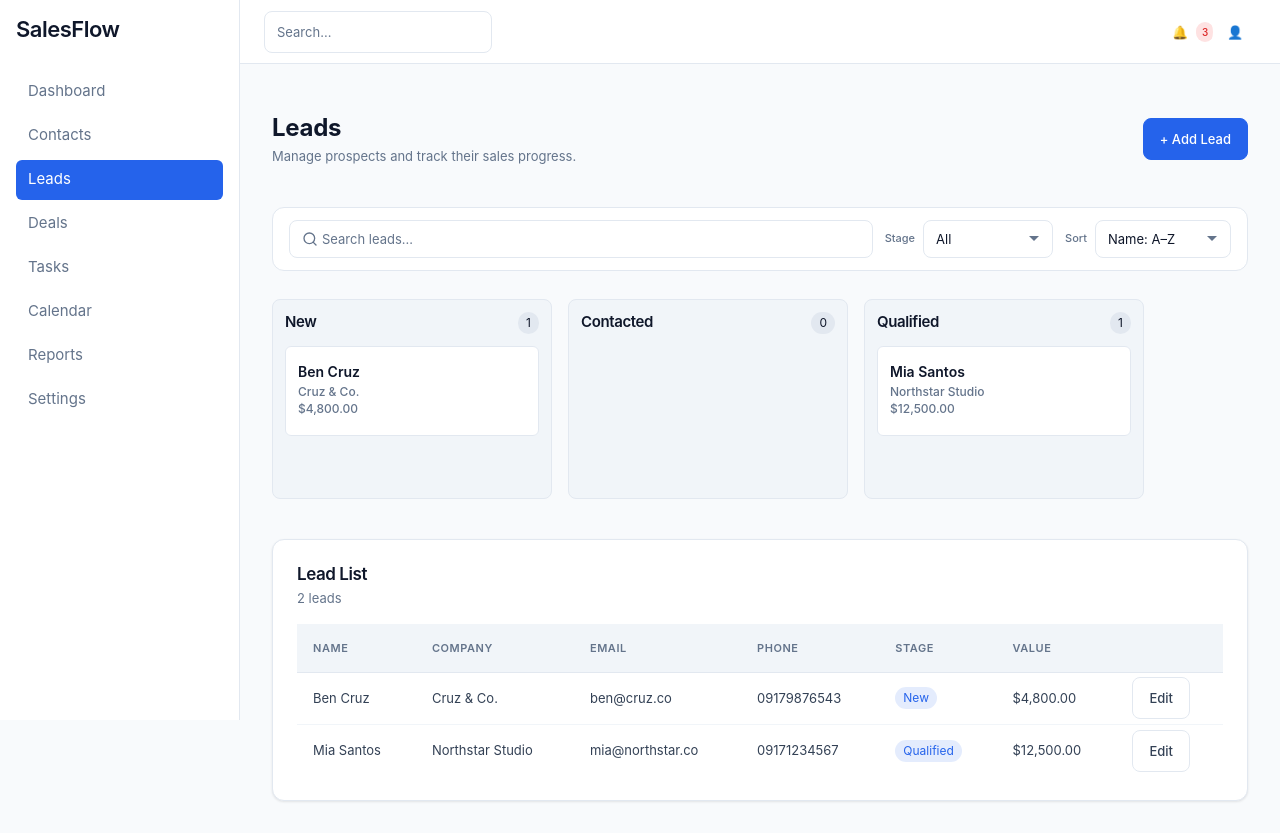
Repository: lawrencegonzaga-dev/salesflow-crm
Page: /leads
The author's editor kept a copy of each file at every save. The page is drawn from the files as they stood at one save, then again after the next save.
The browser window is 1280 px wide. The pictures show the whole page.
The project was rebuilt for these pictures with package versions that can differ from the ones it lists, and the page was loaded fresh each time. Also part of the build but not shown: vite.config.js, src/components/StatCard.jsx, src/components/DashboardLeads.jsx, src/components/DashboardDeals.jsx, src/components/DashboardTasks.jsx, src/components/RecentActivity.jsx, src/pages/Dashboard.jsx, src/components/ContactForm.jsx and 22 more.

Above is the page before, as saved 2026-08-18 21:53:40.

After the next save:
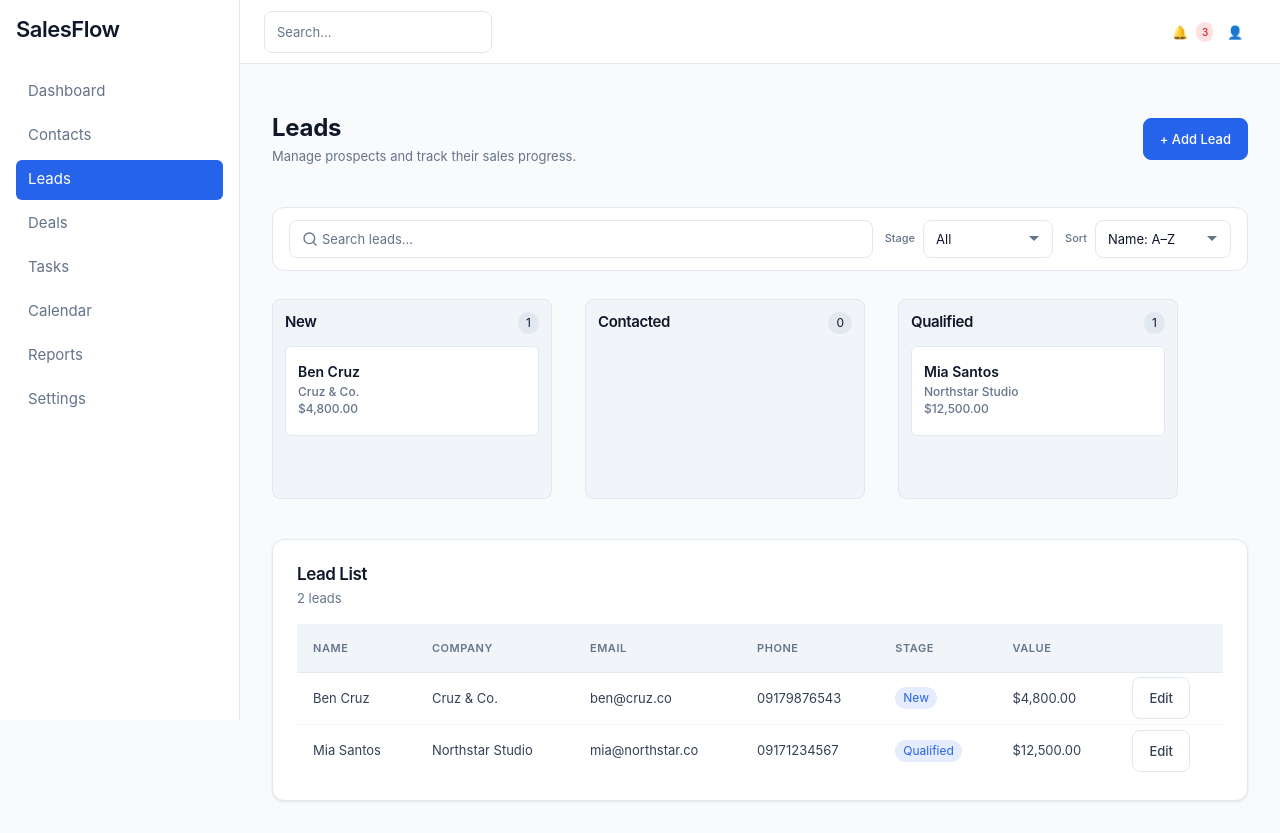
Saved 5 s later.
--- a/src/styles/components/leads.css
+++ b/src/styles/components/leads.css
@@ -1,7 +1,7 @@
 .lead-pipeline {
   display: grid;
   grid-template-columns: repeat(3, 280px);
-  gap: 16px;
+  gap: 33px;
   overflow-x: auto;
   padding: 4px 0 16px;
 }
